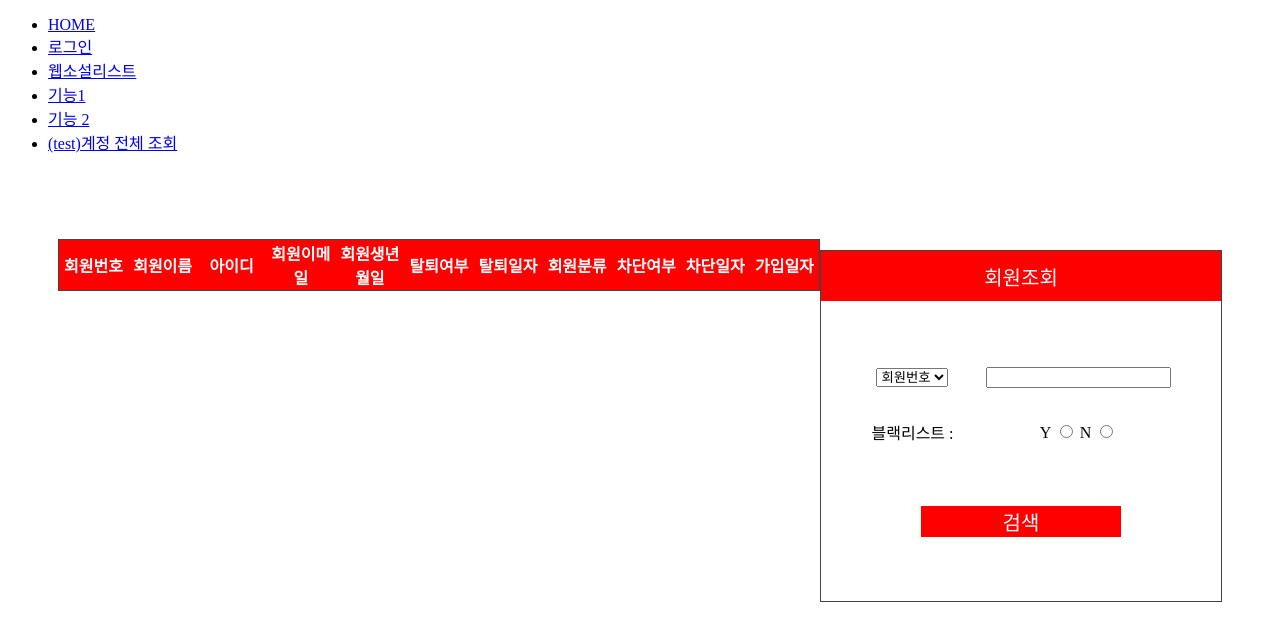
Repository: hoony0203/firstbook
Page: http://localhost/first_book/WEB-INF/views/admin/memberList.jsp
An editor plug-in stored every save of this project. The page is shown before and after the next save, followed by the edit.
The browser window is 1280 px wide. The pictures show the whole page.
The page is served by Tomcat 9. Nobody is signed in. The template is opened directly, without the code that normally fills it, so the values that code supplies are empty.

Above is the page before, as saved 2021-04-09 12:14:49.

After the next save:
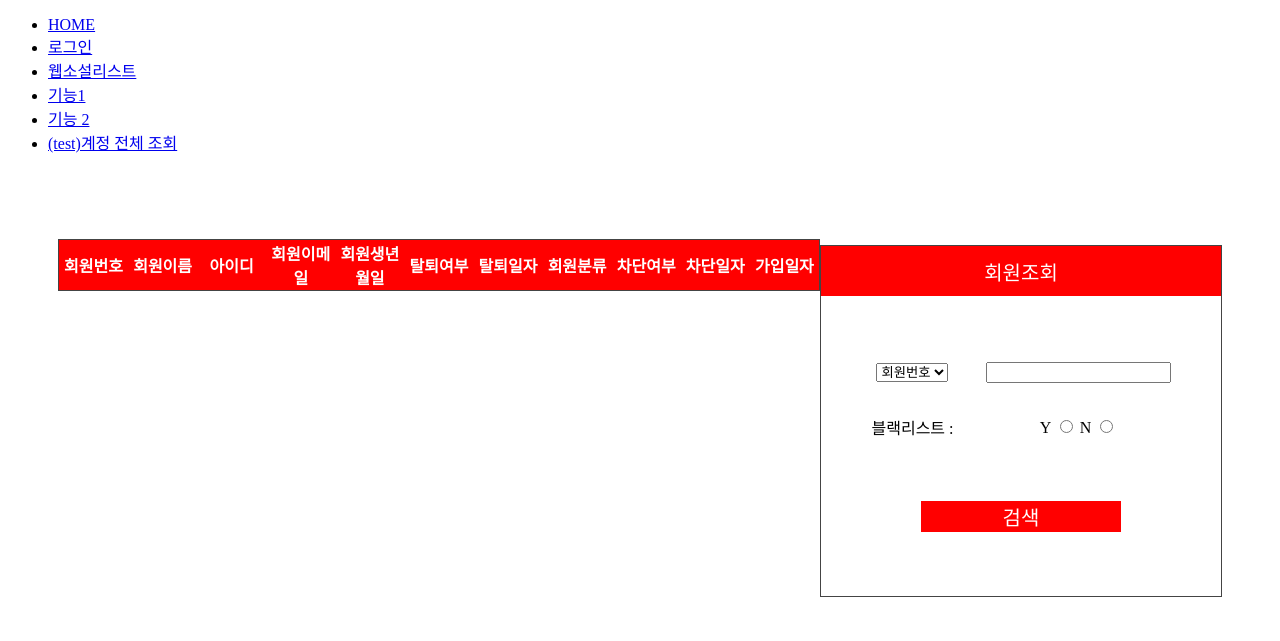
Saved 6 s later.
--- a/first_book/web/WEB-INF/views/admin/memberList.jsp
+++ b/first_book/web/WEB-INF/views/admin/memberList.jsp
@@ -17,7 +17,7 @@
 	section table tbody>tr:nth-child(odd) { background-color: #CFCFCF; }
 
 
-	aside { float:right; margin-top: 80px; margin-right : 50px; height : 350px; width : 400px; border: 1px solid #444444;}
+	aside { float:right; margin-top: 75px; margin-right : 50px; height : 350px; width : 400px; border: 1px solid #444444;}
 
 	.inbox { display: -webkit-box; display: -moz-box; display: -ms-flexbox; display: flex; -webkit-box-align: center;
         -moz-box-align: center; -ms-flex-align: center; align-items: center; /* 수직 정렬 */
